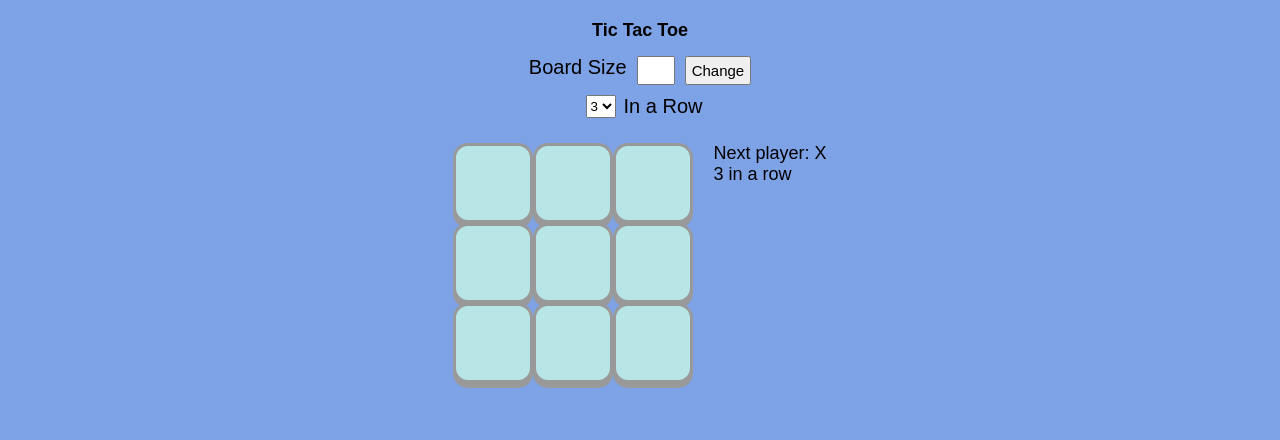
Repository: yshong211/tic-tac-toe-0708
Page: /
The author's editor kept a copy of each file at every save. The page is drawn from the files as they stood at one save, then again after the next save.
The browser window is 1280 px wide. The pictures show the whole page.
The project was rebuilt for these pictures with package versions that can differ from the ones it lists, and the page was loaded fresh each time.

Above is the page before, as saved 2020-07-09 10:46:26.

After the next save:
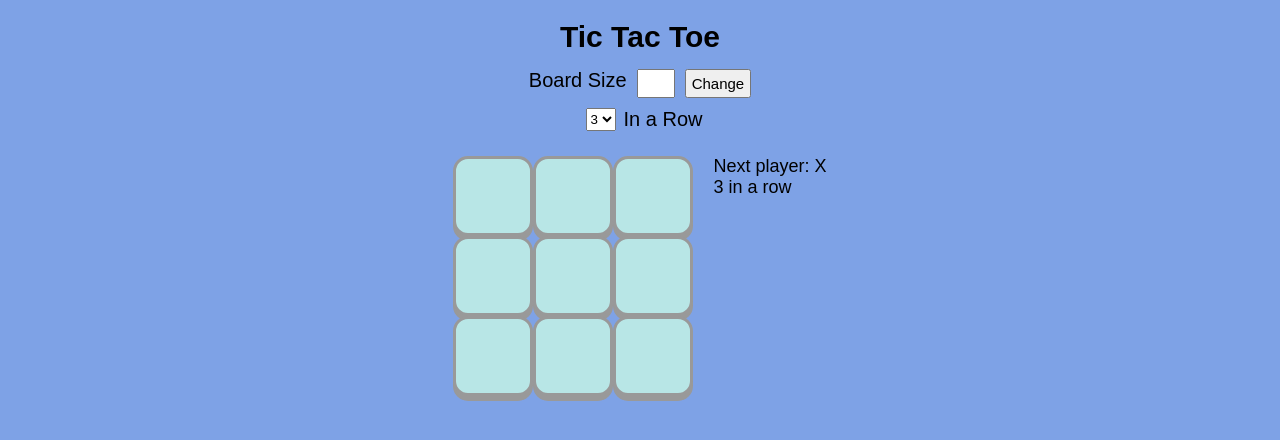
Saved 6 s later.
--- a/src/components/getDim/getDim.css
+++ b/src/components/getDim/getDim.css
@@ -10,7 +10,7 @@ form {
   margin-bottom: 10px;
 }
 .game_name {
-  font
+  font-style: ;
   font-size:30px;
   text-align: center;
   margin-bottom: 15px;
